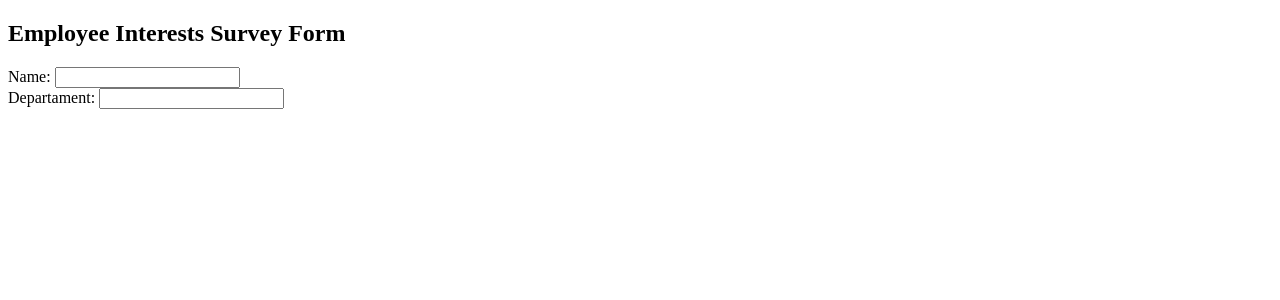
Repository: JoaoLemesDEV/Exercise-Survey-Form
Page: index.html
An editor plug-in stored every save of this project. The page is shown before and after the next save, followed by the edit.
The browser window is 1280 px wide. The pictures show the whole page.

Above is the page before, as saved 2021-10-10 18:18:49.

### index.html
<!DOCTYPE html>
<html lang="en">
<head>
  <meta charset="UTF-8">
  <meta http-equiv="X-UA-Compatible" content="IE=edge">
  <meta name="viewport" content="width=device-width, initial-scale=1.0">
  <title>Survey Form</title>
</head>
<body>
  <h2>Employee Interests Survey Form</h2>
  <label for="name">Name: </label>
  <input type="text" name="name" id=""><br>
  <label for="dep">Departament:</label>
  <input type="text" name="dep" id=""><br>


</body>
</html>

After the next save:
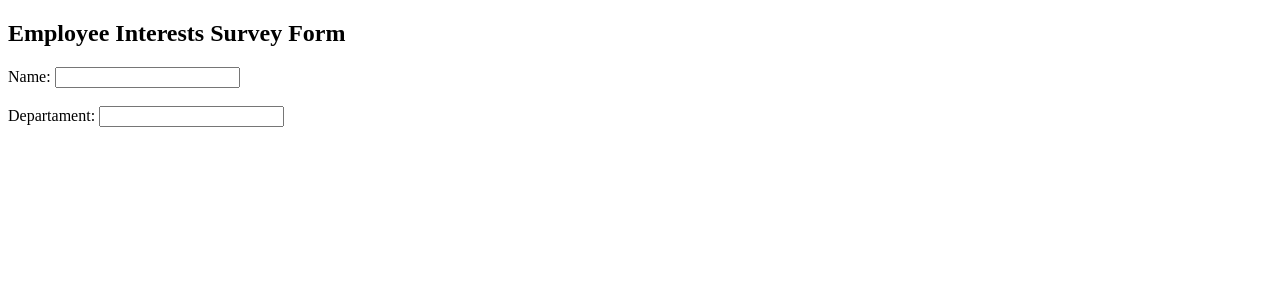
Saved 5 s later.
--- a/index.html
+++ b/index.html
@@ -9,7 +9,7 @@
 <body>
   <h2>Employee Interests Survey Form</h2>
   <label for="name">Name: </label>
-  <input type="text" name="name" id=""><br>
+  <input type="text" name="name" id=""><br><br>
   <label for="dep">Departament:</label>
   <input type="text" name="dep" id=""><br>
 
